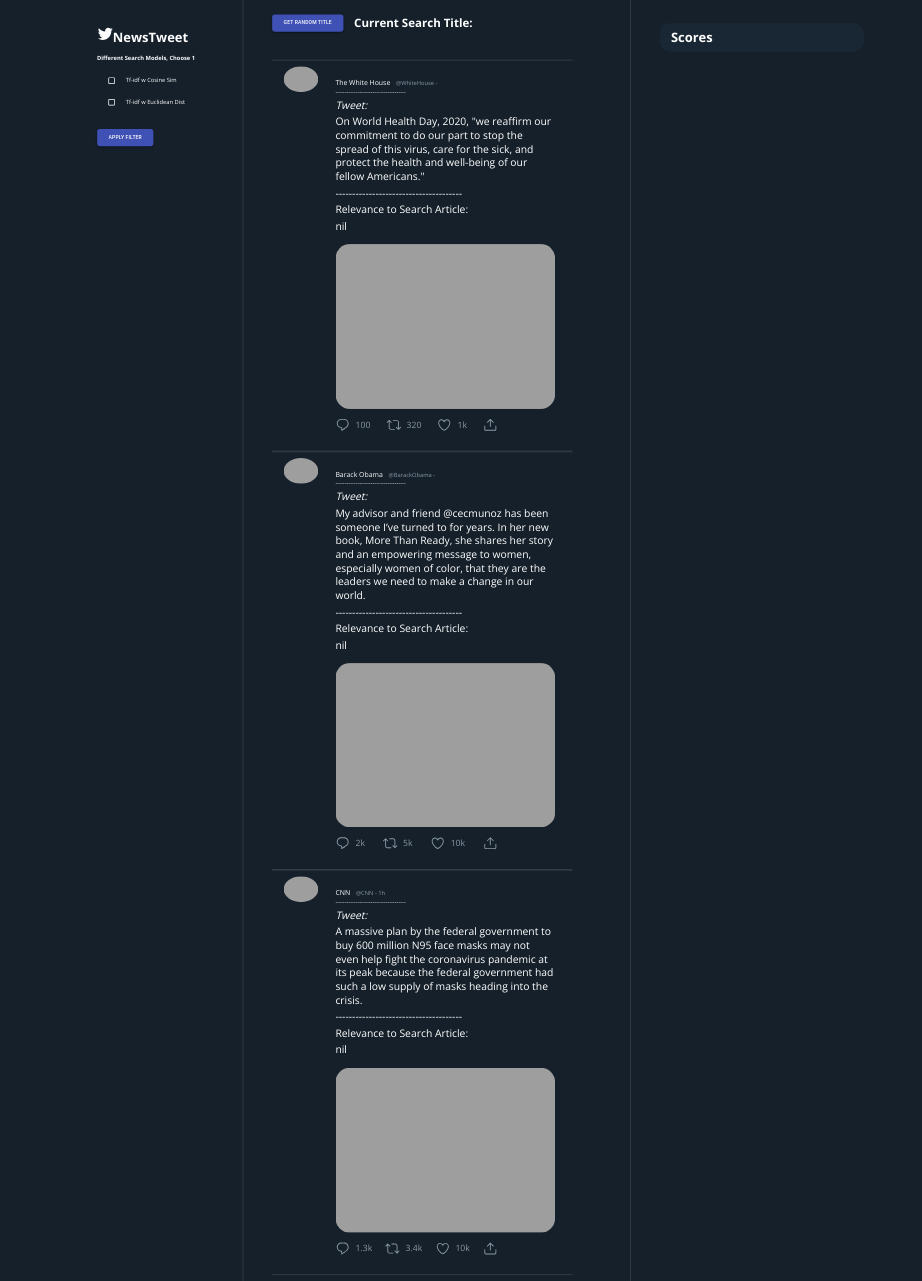
Repository: Dustyik/IR-tweets---disaster-
Page: / (app in Frontend/)
These files come from the project's save history. The page is drawn as it stood at one moment and after the next save; the edit follows.
The browser window is 1280 px wide. The pictures show the whole page, at 72% of full size.
Pictures or frames that could not be fetched are drawn as grey boxes. The page's requests for data from a server got no answer. The project was rebuilt for these pictures with package versions that can differ from the ones it lists, and the page was loaded fresh each time. No one was signed in, and anything a server would have sent is missing. Also part of the build but not shown: Frontend/src/components/trending/FollowSuggestionCard.js, Frontend/src/styles/FollowList.css, Frontend/src/components/trending/FollowSuggestionsList.js, Frontend/src/components/StatusCard.js, Frontend/src/pages/Status.js, Frontend/src/components/profile/ProfileHead.js, Frontend/src/components/profile/ProfileDetails.js, Frontend/src/styles/Profile.css and 1 more.

Above is the page before, as saved 2021-08-03 19:39:36.

### Frontend/public/index.html
<!DOCTYPE html>
<html lang="en">

<head>
  <meta charset="utf-8" />
  <link rel="icon" href="%PUBLIC_URL%/favicon.ico" />
  <meta name="viewport" content="width=device-width, initial-scale=1" />
  <meta name="theme-color" content="#000000" />
  <meta name="description" content="Web site created using create-react-app" />
  <link rel="apple-touch-icon" href="%PUBLIC_URL%/logo192.png" />
  <link href="https://fonts.googleapis.com/css2?family=Open+Sans:wght@400;700&display=swap" rel="stylesheet">
  <!--
      manifest.json provides metadata used when your web app is installed on a
      user's mobile device or desktop. See https://developers.google.com/web/fundamentals/web-app-manifest/
    -->
  <link rel="manifest" href="%PUBLIC_URL%/manifest.json" />
  <!--
      Notice the use of %PUBLIC_URL% in the tags above.
      It will be replaced with the URL of the `public` folder during the build.
      Only files inside the `public` folder can be referenced from the HTML.

      Unlike "/favicon.ico" or "favicon.ico", "%PUBLIC_URL%/favicon.ico" will
      work correctly both with client-side routing and a non-root public URL.
      Learn how to configure a non-root public URL by running `npm run build`.
    -->
  <title>React App</title>
</head>

<body>
  <noscript>You need to enable JavaScript to run this app.</noscript>
  <div id="root"></div>
  <!--
      This HTML file is a template.
      If you open it directly in the browser, you will see an empty page.

      You can add webfonts, meta tags, or analytics to this file.
      The build step will place the bundled scripts into the <body> tag.

      To begin the development, run `npm start` or `yarn start`.
      To create a production bundle, use `npm run build` or `yarn build`.
    -->
</body>

</html>

### Frontend/src/App.js
import React from 'react';
import { BrowserRouter as Router, Route } from 'react-router-dom';
import './App.css';
import { Sidebar } from './components/Sidebar';
import { Home } from './pages/Home';
import { Trending } from './components/trending/Trending';
import { GlobalProvider } from './context/GlobalState';
import { Status } from './pages/Status';
import ScrollToTop from './utils/ScrollToTop';
import { Profile } from './pages/Profile';

function App() {
  return (
    <GlobalProvider >
      <Router >

        <ScrollToTop>
          <div className="App">
            <div className="side-nav">
              <Sidebar />
            </div>
            <div className="main trending">

              <Route exact path="/" component={Home} />
              { /*
              <Route exact path="/:id" component={Profile} />
              <Route exact path="/status/:id" component={Status} />
              */}


            </div>

            <div className="trending">
              <Trending />
            </div>
          </div>
        </ScrollToTop>

      </Router>
    </GlobalProvider>
  );
}

export default App;

### Frontend/src/App.css
:root {
    --body-bg        : rgb(21, 32, 43);
    --sky-blue       : rgba(29, 161, 242, 1.00);
    --light          : rgba(255, 255, 2555);
    --grey           : rgb(136, 153, 166);
    --border         : rgb(56, 68, 77);
    --thick-border   : rgb(37, 51, 65);
    --thick-border   : rgb(37, 51, 65);
    --card-background: rgb(25, 39, 52);
}

body {
    background-color: var(--body-bg);
    font-family     : 'Open Sans', sans-serif;
    padding         : 0;
    margin          : 0;
    color           : var(--light);
}

html {
    font-size: 8px;
}

::-webkit-input-placeholder {
    /* Chrome/Opera/Safari */
    font-size  : 2.5rem;
    color      : #9197a3;
    font-weight: 400;
}

::-moz-placeholder {
    /* Firefox 19+ */
    font-size  : 2.5rem;
    color      : #9197a3;
    font-weight: 400;
}

:-ms-input-placeholder {
    /* IE 10+ */
    font-size  : 2.5rem;
    color      : #9197a3;
    font-weight: 400;
}

:-moz-placeholder {
    /* Firefox 18- */
    font-size  : 2.5rem;
    color      : #9197a3;
    font-weight: 400;
}

.App {
    display              : grid;
    grid-template-columns: 2.5fr 4fr 3fr;
}

.side-nav {
    padding-left: 40%;
    padding-top : 3rem;
}

.side-nav svg {
    fill : var(--light);
    width: 2.75rem;
}

.side-nav svg:hover {
    fill: var(--sky-blue);
}

.side-nav-item {
    padding: 2rem 0;

}

.side-nav .side-nav-item .side-nav-text {
    font-size     : 2.25rem;
    font-weight   : 700;
    color         : var(--light);
    padding-left  : 3rem;
    vertical-align: bottom;
}

.avatar {
    display: inline;
}

.avatar img {
    border-radius: 50%;
}


/* helper classes */
.p-0 {
    padding: 0
}


.pl-0 {
    padding-left: 0
}

.p-1 {
    padding: 1rem;
}

.p-2 {
    padding: 2rem
}

.pr-0 {
    padding-right: 0
}

.pb-1 {
    padding-bottom: 1rem;
}

.m-0 {
    margin: 0
}

.mb-0 {
    margin-bottom: 0;
}

.text-center {
    text-align: center;
}

.w-100 {
    width: 100%;
}

.pl-1 {
    padding-left: 1rem;
}

.pr-1 {
    padding-right: 1rem;
}

ul {
    list-style: none;
}

.flex-align-center {
    display    : flex;
    align-items: center;
}

.flex-space-between {
    display        : flex;
    justify-content: space-between;
}

.inline-block {
    display: inline-block;

}


.btn {
    color      : var(--light);
    font-weight: 700;
    cursor     : pointer;
    border     : none;
    background : transparent;
}

.tweet-btn {
    border-radius   : 4rem;
    font-size       : 2rem;
    padding         : 1.5rem;
    background-color: var(--sky-blue);
    width           : 80%;
}

.follow-btn {
    border-radius: 3rem;
    font-size    : 2rem;
    padding      : 0.5rem;
    font-weight  : 700;
    color        : var(--sky-blue);
    border       : 1px solid var(--sky-blue);
}

.pointer {
    cursor: pointer;
}

.bold-dull-para {
    font-size: 1.75rem;
    color    : var(--grey);
}

a {
    text-decoration: none;
    color          : inherit;
}

h1 {
    font-size  : 2.25rem;
    font-weight: 700;
    color      : var(--light);
}

h2 {
    font-size  : 2rem;
    font-weight: 700;
    color      : var(--light);
}

input:focus {
    outline: none;
}

### Frontend/src/pages/Home.js
import React, { useState, useEffect, useContext } from 'react';
import '../styles/Main.css';
import { TweetList } from '../components/TweetList';
import { SearchIcon } from '../images/svg/svgs'
import * as API from "../apifunctions"
import { Button } from '@material-ui/core';
import { GlobalContext } from '../context/GlobalState'


export const Home = () => {
    const [titlesState, setTitlesState] = useState([])
    const { title, setTitle } = useContext(GlobalContext);


    useEffect(() => {
        API.getTitles().then(
            res => {
                const data = JSON.parse(res.data);
                const titlesData = data.title
                const idData = data.id
                var values = []
                for (let i = 0; i < Object.keys(titlesData).length; i++){
                    values.push({
                        title: titlesData[i],
                        id: idData[i]
                    })
                }
                setTitlesState(values)
            }
        ).catch(
            err => console.log("Error fetching titles", err)
        )
    }, [])

    const randomButtonClick = () => {
        const randomElement = titlesState[Math.floor(Math.random() * titlesState.length)];
        setTitle(randomElement)
    }

    return (
        <>
            <div style = {{display:"flex", flexDirection:"row", alignItems:"center"}}>
            {/*
            <div className="search-box flex-align-center">
                    <SearchIcon />
                    <input placeholder="Search Our Corpus Using Headlines" className="search-input w-100" type="text" />
            </div>
            */}
            <Button
                onClick = {randomButtonClick}
                variant="contained"
                style = {{height:"50%", marginRight:"15px"}}
                color="primary">
                Get Random Title
            </Button>

            <h2 style = {{display:"flex", alignItems:"center", textAlign:"center"}}>
                Current Search Title:
            </h2>

            </div>


            <h2 style = {{display:"flex", justifyContent:"center"}}>
               {title.title}
            </h2>
                {/*
            <NewTweet />
                */}
            <div className="tweets">
                <TweetList />
            </div>
        </>
    )
}

### Frontend/src/components/trending/Trending.js
import React from 'react';
import '../../styles/Trending.css';
import { SearchIcon } from '../../images/svg/svgs'
import { TrendsList } from './TrendsList';
import { FollowSuggestionsList } from './FollowSuggestionsList';


export const Trending = () => {
    return (
        <>
            <div>

                <div className="trends-list m-0">
                    {/*
                    <TrendsList />
                    */}
                    <h1>
                    Scores
                    </h1>
                </div>
                {/*
                <div className="follow-list">
                    <FollowSuggestionsList />
                </div>
                */}
            </div>
        </>
    )
}

### Frontend/src/utils/ScrollToTop.js
import React, { useEffect, Fragment } from 'react';
import { withRouter } from 'react-router-dom';

function ScrollToTop({ history, children }) {
    useEffect(() => {
        const unlisten = history.listen(() => {
            window.scrollTo(0, 0);
        });
        return () => {
            unlisten();
        }
    }, []);

    return <Fragment>{children}</Fragment>;
}

export default withRouter(ScrollToTop);

### Frontend/src/images/avatars.js
import React from 'react'

export const SmallAvatar = ({ width, image }) => {
    return (
        <div className="avatar">
            <img width={width} src={image} alt="avatar" />
        </div>
    )
}

### Frontend/src/apifunctions.js
import axios from 'axios';

export const getTitles = () => {
    console.log("get Titles called")
    return axios.get("http://localhost:5000/getTitles")
}

export const applySearchFilters = (data, title, id) => {
    return axios.post("http://localhost:5000/applySearchModels", {
            data: data,
            queryTitle: title,
            articleId: id

        }
    )
}

### Frontend/src/styles/Main.css
/* main styles */
.main {
    border-left : 1px solid var(--border);
    border-right: 1px solid var(--border);
    ;
}

.home {
    padding-left : 2.5rem;
    border-bottom: 1px solid var(--border);
}

.new-tweet {
    padding              : 1rem;
    display              : grid;
    grid-template-columns: 1fr 9fr;
    border-bottom        : 1rem solid var(--thick-border);
}

.new-tweet .left,
.right {
    padding: 0 1rem;
}

.new-tweet input {
    padding    : 2rem 0;
    background : transparent;
    border     : none;
    color      : var(--light);
    font-size  : 2rem;
    font-weight: 700;
}

.new-tweet-options {
    padding-right  : 1rem;
    display        : flex;
    justify-content: space-between;
    align-items    : center;
}

.new-tweet .add-icons {
    margin-right: 1rem;
}

.new-tweet .add-icons svg {
    width  : 3rem;
    fill   : var(--sky-blue);
    padding: 1rem;
}

.new-tweet .add-icons svg:first-child {
    padding-left: 0;
}

### Frontend/src/components/TweetList.js
import React, { useContext } from 'react'
import TweetCard from './TweetCard'
import { GlobalContext } from '../context/GlobalState'

export const TweetList = () => {
    const { tweets } = useContext(GlobalContext);

    return (
        <>
            {tweets.map((tweet, index) => (<TweetCard key={index} tweet={tweet} />))}
        </>
    )
}

### Frontend/src/styles/Trending.css
.trending {
    padding: 1rem 10rem 1rem 5rem;
}

.trending .search-box {
    width     : 100%;
    background: transparent;

    background-color: var(--thick-border);
    border-radius   : 5rem;
    border          : none;
}

.trending .search-box svg {
    width       : 3rem;
    fill        : var(--grey);
    padding-left: 1rem;

}

.trending .search-box input {
    padding   : 1.5rem;
    font-size : 2rem;
    width     : 100%;
    background: transparent;
    border    : none;
    color     : var(--light);
}

.trends-list {
    background-color: var(--card-background);
    border-radius   : 2rem;
    margin-top      : 3rem;
}

.trends-list h1 {
    padding: 1rem 2rem;

}

.trends-for-you {
    padding-right: 1rem;
}

.trends-for-you svg {
    width: 3.5rem;
    fill : var(--sky-blue);
}

.trends-card {
    border-top   : 1px solid var(--border);
    border-bottom: 1px solid var(--border);
    padding      : 2rem;
}

.trends :last-child {
    border-bottom: none;
}

.trends-topic {
    font-size: 1.5rem;
    color    : var(--grey);
}

.trend-tweet-count {
    font-size: 1.75rem;
    color    : var(--grey);
}



.trending ::-webkit-input-placeholder {
    /* Chrome/Opera/Safari */
    font-size  : 2rem;
    color      : #9197a3;
    font-weight: 400;
}

.trending ::-moz-placeholder {
    /* Firefox 19+ */
    font-size  : 2rem;
    color      : #9197a3;
    font-weight: 400;
}

.trending :-ms-input-placeholder {
    /* IE 10+ */
    font-size  : 2rem;
    color      : #9197a3;
    font-weight: 400;
}

.trending :-moz-placeholder {
    /* Firefox 18- */
    font-size  : 2rem;
    color      : #9197a3;
    font-weight: 400;
}

### Frontend/src/context/AppReducer.js
const MAX = 30
const MIN = 0

export default (state, action) => {
    switch (action.type) {

        case "ADD_RANKING_SCORE":
            return {
                ...state,
                rankingModel: [...state.rankingModel, action.payload]
            }


        case 'DELETE_TRANSACTION':
            return {
                ...state,
                transactions: state.transactions.filter(transaction => transaction.id !== action.payload)
            }
        case 'ADD_TWEET':
            const newTweet = {
                user: {
                    name: action.payload.name,
                    image: action.payload.image,
                    handle: `@${action.payload.name}`,
                },
                tweet: {
                    content: action.payload.tweet,
                    image: null,
                    comments: Math.floor(Math.random()*(MAX-MIN)+MIN),
                    retweets: Math.floor(Math.random()*(MAX-MIN)+MIN),
                    likes: Math.floor(Math.random()*(MAX-MIN)+MIN),
                    relevance: action.payload.relevance
                }
            };
            return {
                ...state,
                tweets: [...state.tweets, newTweet]
            }

        case "SET_TITLE":
            return {
            ...state,
            title: action.payload
        }

        case "SET_SEARCH_MODEL":
            return {
            ...state,
            searchModels: action.payload
        }

        case "REMOVE_ALL_TWEETS":
            return {
            ...state,
            tweets: []
        }


        default:
            return state
    }
}

### Frontend/src/styles/StatusCard.css
.tweets {}

.status-card {
    /* padding              : 1rem;
    display                 : grid;
    grid-template-columns   : 1fr 9fr; */
    border-bottom           : 0.5px solid var(--border);
    border-top              : 0.5px solid var(--border);

}

.status-card .left,
.right {
    padding: 2rem;
}

.status-card .left {
    display    : flex;
    align-items: center;

}

.status-card .right {
    padding-top: 0;
}

.status-card .status-card-name {
    font-size    : 2rem;
    font-weight  : 700;
    padding-right: 1rem;
}

.status-card .status-card-handle,
.status-card-time {
    font-size: 1.5rem;
    color    : var(--grey);
}

.status-card .status-card-body .status-card-content p {
    font-size : 2.5rem;
    margin-top: .5rem;
}

.status-card .status-card-body .status-card-image {
    margin-top: 2rem;
}

.status-card .status-card-body .status-card-image img {
    width        : 100%;
    border-radius: 20px;
}

.status-card .status-card-footer {
    padding-right: 10rem;
    display      : flex;

    justify-content: space-around;
    padding-top    : 1rem;
    width          : 100%;
}

.status-card .status-card-footer svg {
    fill : var(--grey);
    width: 2.5rem;
}

.status-card .status-card-footer .tweet-cars-icon {
    line-height : 2;
    font-size   : 1.5rem;
    color       : var(--grey);
    padding-left: 1rem;
}

.status {
    display    : flex;
    align-items: center;
    padding    : 0 2rem;
    display    : flex;
    align-items: center;
}

.status h1 {
    display     : inline-block;
    padding-left: 1rem;
}

.status svg {
    width: 4rem;
    fill : var(--sky-blue);
}

### Frontend/src/styles/TweetCard.css
.tweets {}

.tweet-card {
    padding              : 1rem;
    display              : grid;
    grid-template-columns: 1fr 9fr;
    border-bottom        : 0.5px solid var(--border);
    border-top           : 0.5px solid var(--border);

}

.tweet-card .left,
.right {
    padding: 0 1rem;
}

.tweet-card .tweet-card-head .tweet-card-name {
    font-size    : 1.2rem;
    font-weight  : 300;
    padding-right: 1rem;
}

.tweet-card .tweet-card-head .tweet-card-name:hover {
    text-decoration: underline;
}

.tweet-card .tweet-card-head .tweet-card-handle,
.tweet-card-time {
    font-size: rem;
    color    : var(--grey);
}

.tweet-card .tweet-card-body .tweet-card-content p {
    font-size : 1.8rem;
    margin-top: .5rem;
}

.tweet-card .tweet-card-body .tweet-card-image {
    margin-top: 2rem;
}

.tweet-card .tweet-card-body .tweet-card-image img {
    width        : 100%;
    border-radius: 20px;
}

.tweet-card .tweet-card-footer {
    padding-right  : 10rem;
    display        : flex;
    justify-content: space-between;
    padding-top    : 1rem;
}

.tweet-card .tweet-card-footer svg {
    fill : var(--grey);
    width: 2.5rem;
}

.tweet-card .tweet-card-footer .tweet-cars-icon {
    line-height : 2;
    font-size   : 1.5REM;
    color       : var(--grey);
    padding-left: 1rem;
}

### Frontend/src/components/trending/TrendsList.js
import React, {useContext} from 'react';
import { Trend } from '../trending/Trend';
import { SettingsIcon } from '../../images/svg/svgs';

import { GlobalContext } from '../../context/GlobalState'


export const TrendsList = () => {

    const {rankingModel} = useContext(GlobalContext);


    const trends = [
        {
            name: '#Modiji_Ban_TikTok',
            topic: 'Trending in India',
            tweets: '3,700k'
        },
        {
            name: 'Spitting',
            topic: 'Trending in India',
            tweets: '37k'
        }, {
            name: 'Supreme Court of India',
            topic: 'Trending in India',
            tweets: '3,267'
        },
        {
            name: '#PMKcallsCurfewExtension',
            topic: 'Trending in India',
            tweets: '27k'
        }, {
            name: 'Bernie',
            topic: 'Trending in India',
            tweets: '481k'
        }
    ]
    return (
        <div>
            <div className="trends-for-you flex-space-between">
                <h1 className="m-0">Trends for you</h1>
                <SettingsIcon />
            </div>
            <div>
                {rankingModel}
                {console.log("scores", rankingModel)}
            </div>
            <div className="trends">
                {trends.map(trend => (<Trend trend={trend} />))}
            </div>
        </div>
    )
}

### Frontend/src/components/trending/Trend.js
import React from 'react'

export const Trend = ({ trend }) => {
    return (
        <div className="trends-card">
            <p className="trends-topic m-0">{trend.topic}</p>
            <h2 className="m-0">{trend.name}</h2>
            <p className="trend-tweet-count m-0">{trend.tweets} Tweets</p>
        </div>
    )
}

Loaded but not shown: Frontend/src/index.js (common file); Frontend/src/images/svg/svgs.js (66 lines, source omitted); Frontend/src/context/GlobalState.js (124 lines, source omitted); Frontend/src/components/TweetCard.js (67 lines, source omitted); Frontend/src/components/Sidebar.js (113 lines, source omitted)

After the next save:
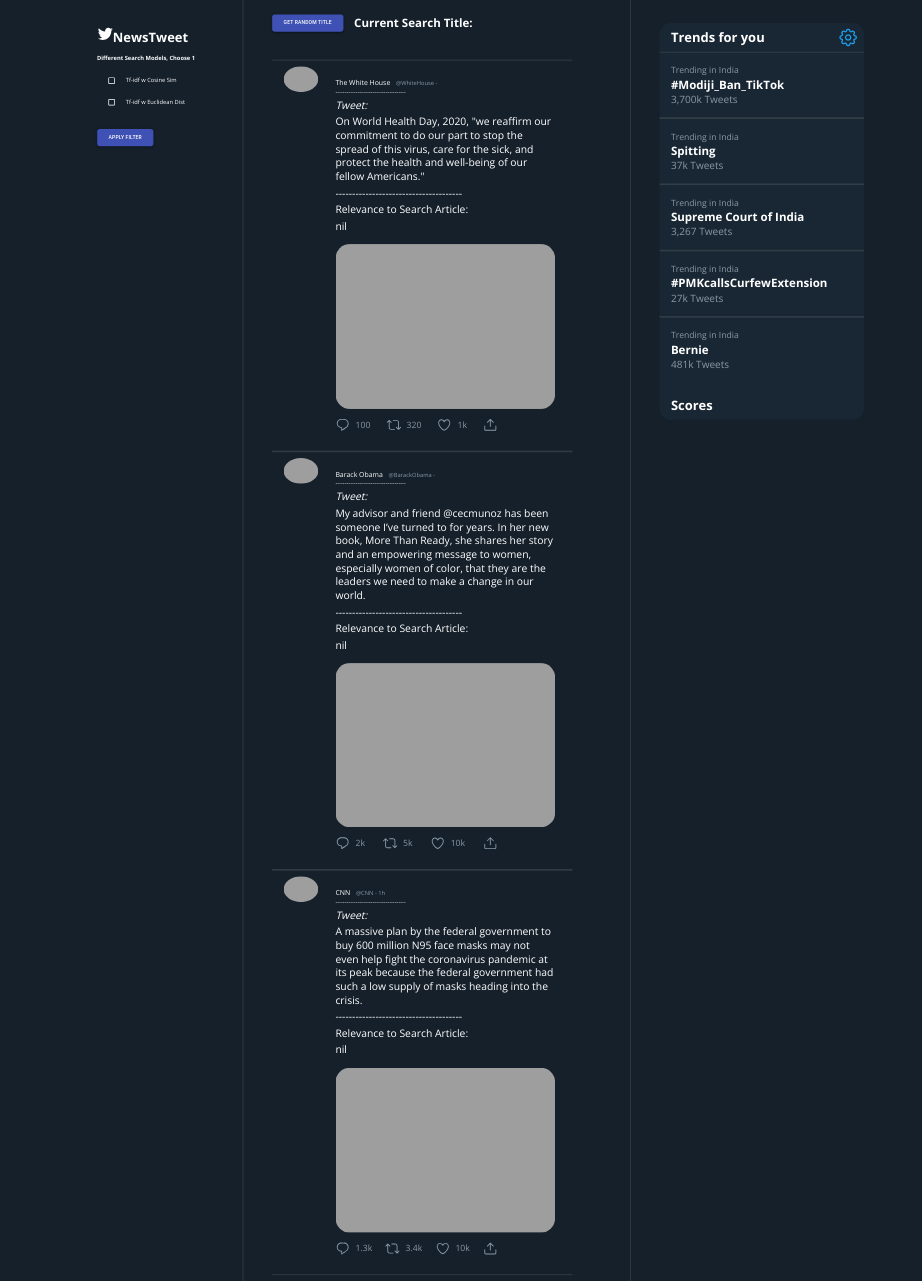
Saved 50 s later.
--- a/Frontend/src/components/trending/Trending.js
+++ b/Frontend/src/components/trending/Trending.js
@@ -11,9 +11,9 @@
             <div>
 
                 <div className="trends-list m-0">
-                    {/*
+
                     <TrendsList />
-                    */}
+
                     <h1>
                     Scores
                     </h1>
